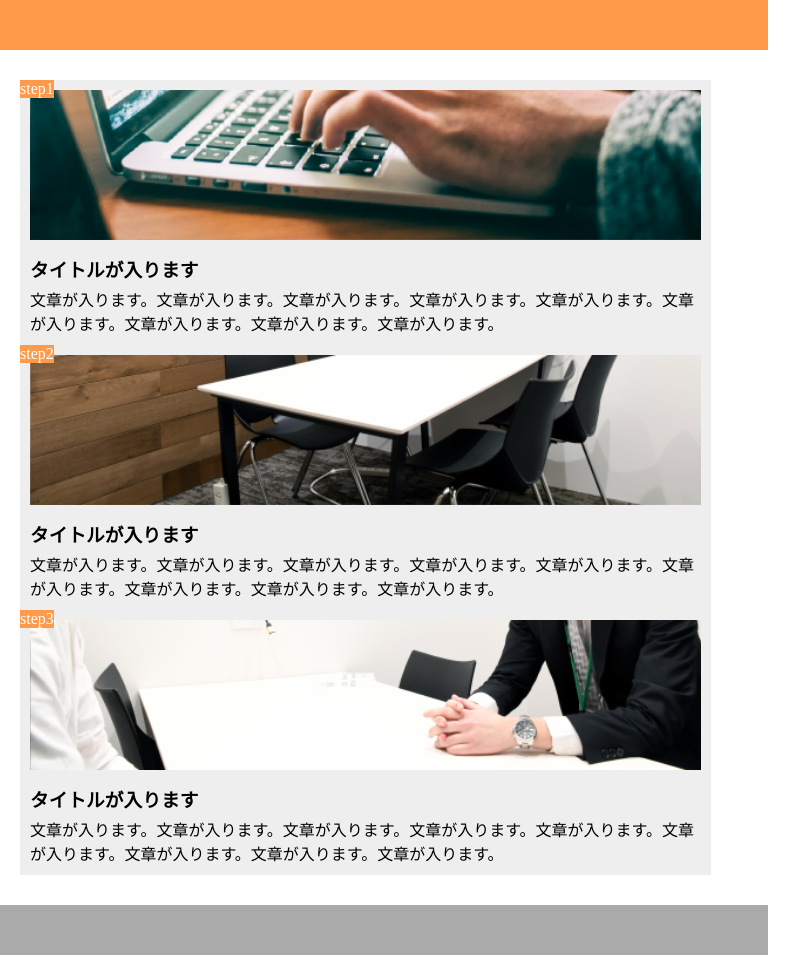
Repository: 0820miyu/kadai1
Page: kadai1.html
The author's editor kept a record of every edit. The page is drawn from the files as they stood at one moment, then again after the next edit.
The browser window is 768 px wide. The page is 788 px wide, so the pictures cover 788 px, including what lies to the right of the window. The pictures show the whole page.

Above is the page before.

### kadai1.html
<!DOCTYPE html>
<html lang="ja">
  <head>
    <meta charset="UTF-8" />

     <meta name="viewport" content="width=device-width,initial-scale=1.0">
    <title>9章演習</title>
    <link rel="stylesheet" href="kadai1.css" />
  </head>

  <body>
    <header></header>
    <main>
      <div class="step-box">
        <div class="step-img1"></div>
        <span class="step-num">step1</span>
        <h3 class="title">タイトルが入ります</h3>
        <p class="text">
          文章が入ります。文章が入ります。文章が入ります。文章が入ります。文章が入ります。文章が入ります。文章が入ります。文章が入ります。文章が入ります。
        </p>
      </div>

      <div class="step-box">
        <div class="step-img2"></div>
        <span class="step-num">step2</span>
        <h3 class="title">タイトルが入ります</h3>
        <p class="text">
          文章が入ります。文章が入ります。文章が入ります。文章が入ります。文章が入ります。文章が入ります。文章が入ります。文章が入ります。文章が入ります。
        </p>
      </div>

      <div class="step-box">
        <div class="step-img3"></div>
        <span class="step-num">step3</span>
        <h3 class="title">タイトルが入ります</h3>
        <p class="text">
          文章が入ります。文章が入ります。文章が入ります。文章が入ります。文章が入ります。文章が入ります。文章が入ります。文章が入ります。文章が入ります。
        </p>
      </div>
    </main>
    <footer></footer>
  </body>
</html>

### kadai1.css

*{
  box-sizing: border-box;
  margin: 0;
  padding: 0;
}

header {
  height: 50px;
  background-color: #ff9a4b;
}

main {
  width: 960px;
  margin: 50px ;
  display: flex;
}

.step-box {
  width: 300px;
  padding: 10px;
  position: relative;
  background-color: #eee;
}



.step-img1 {
  height: 150px;
  background-image:url(img/flow01.png);
  background-position: bottom;
  background-size: cover;
}

.step-img2 {
  height: 150px;
  background-image: url(img/flow02.png);
  background-position: bottom;
  background-size: cover;
}

.step-img3 {
  height: 150px;
  background-image: url(img/flow03.png);
  background-position: bottom;
  background-size: cover;
}

.step-num {
  position: absolute;
  top: 0;
  left: 0;
  background-color: #ff9a4b;
  color: #fff;
}

.title {
  margin: 15px 0 5px;
}

footer {
  width: 100%;
  height: 50px;
  background-color: #aaa;
}

@media screen and (max-width: 768px) {

  header { width: 100%;
    margin-bottom: 30px;}

  main{display: block;
    width: 100%;
    margin:20px;}

.step-box{

  width:90%;
}

footer{ width: 100%;
  margin-top: 30px;}
}

After the next edit:
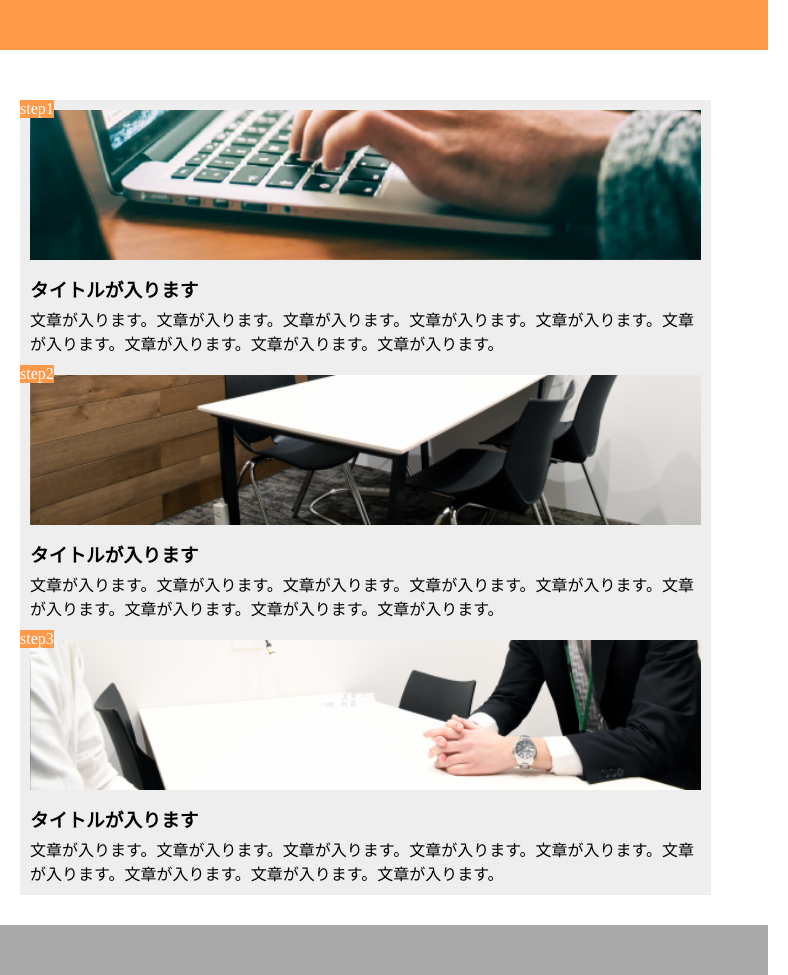
The edit:
--- a/kadai1.css
+++ b/kadai1.css
@@ -67,7 +67,7 @@
 @media screen and (max-width: 768px) {
 
   header { width: 100%;
-    margin-bottom: 30px;}
+    margin-bottom: 50px;}
 
   main{display: block;
     width: 100%;
